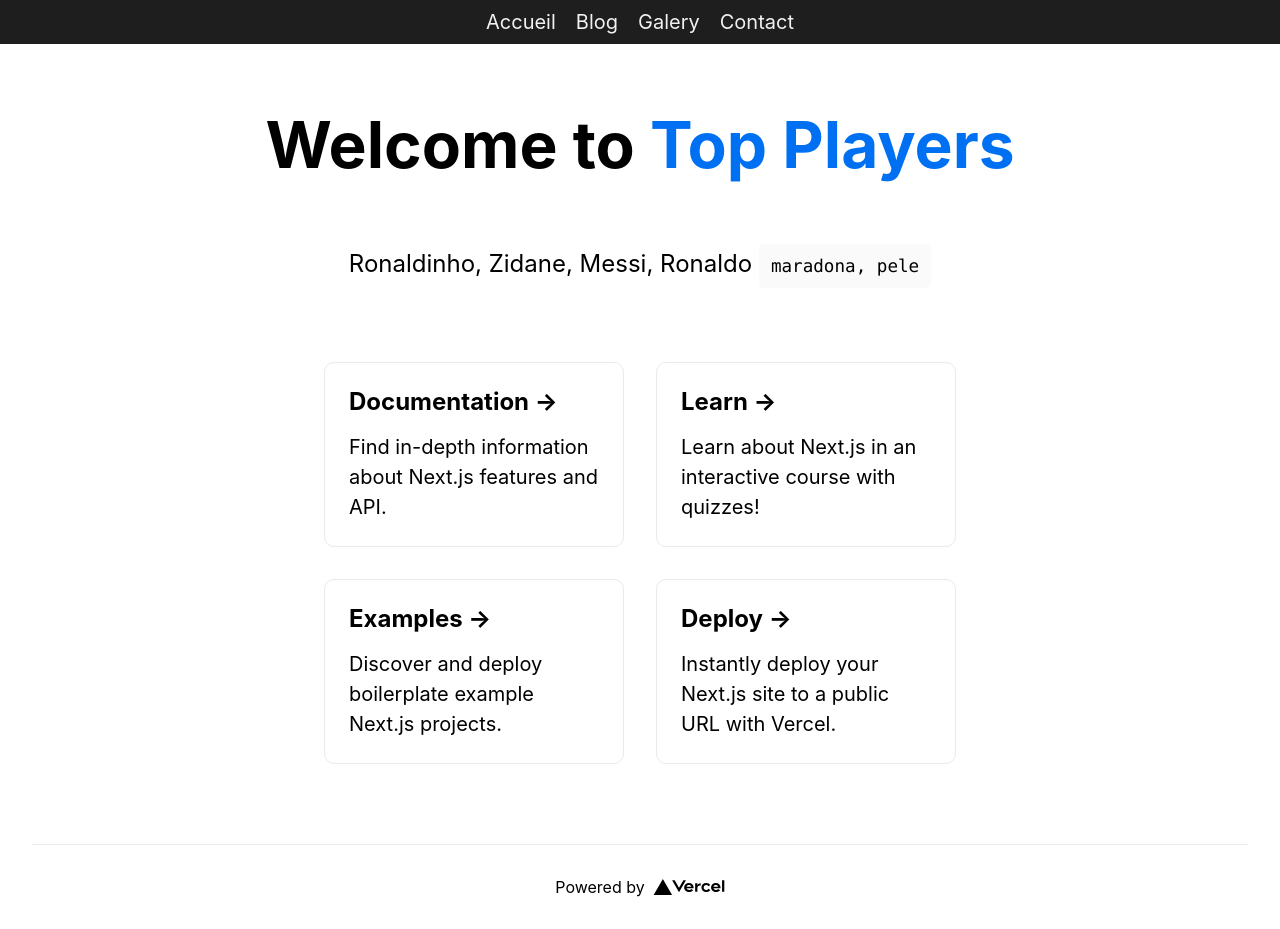
Repository: duncanidaho14/next-first-app
Page: /
The author's editor kept a copy of each file at every save. The page is drawn from the files as they stood at one save, then again after a run of saves.
The browser window is 1280 px wide. The pictures show the whole page.
The project was rebuilt for these pictures with package versions that can differ from the ones it lists, and the page was loaded fresh each time. The framework's server and built-in components were replaced by stand-ins that run in the browser. Also part of the build but not shown: next.config.js.

Above is the page before, as saved 2022-03-06 12:26:30.

After the next 4 saves:
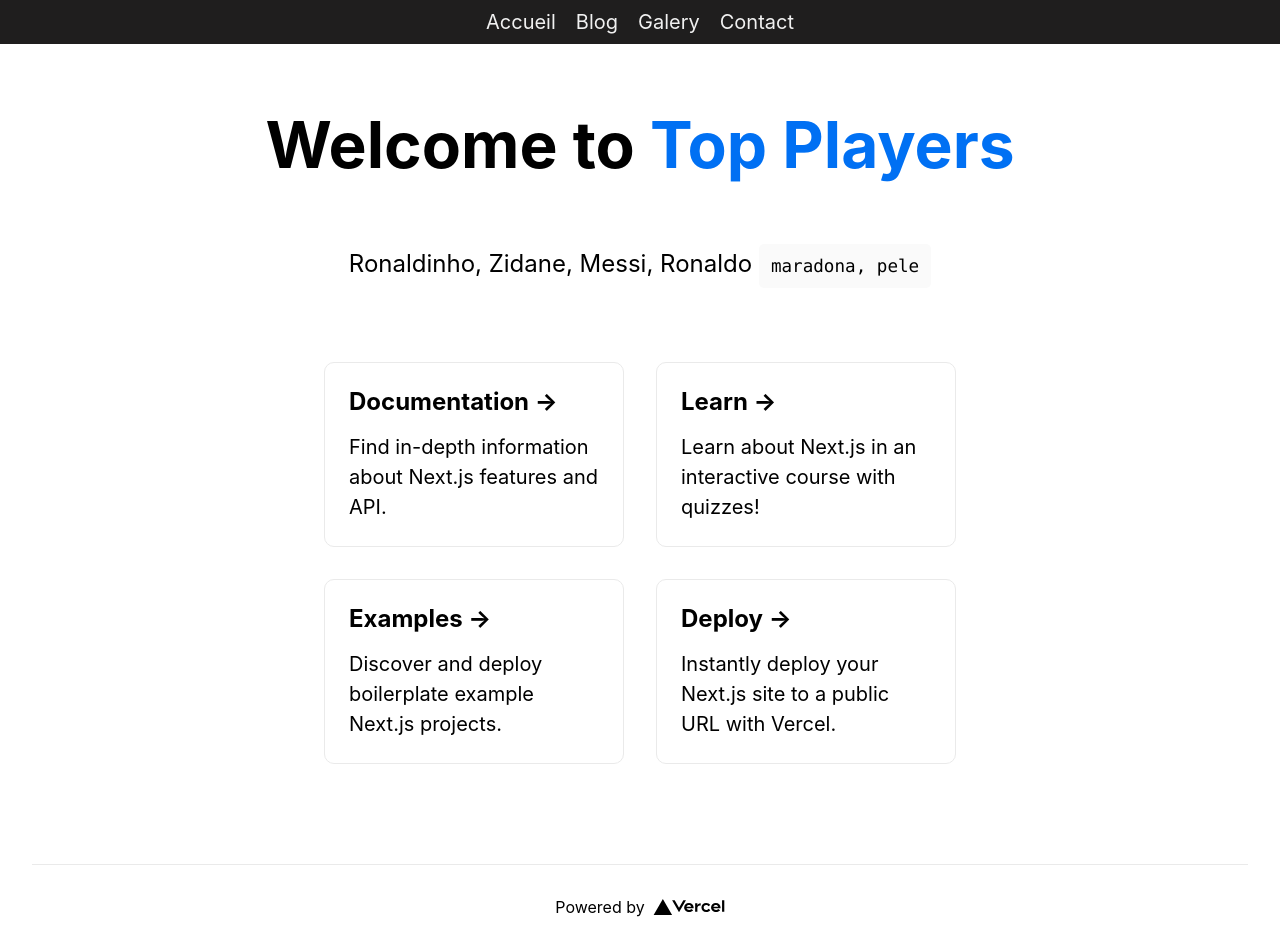
The 4 saves are shown as one change because they came seconds apart.
The last was saved 11 s later.
--- a/pages/index.tsx
+++ b/pages/index.tsx
@@ -54,7 +54,7 @@ const Home: NextPage = (props) => {
         </div>
       </main>
       <div>
-
+        <h2></h2>
       </div>
       <footer className={styles.footer}>
         <a
